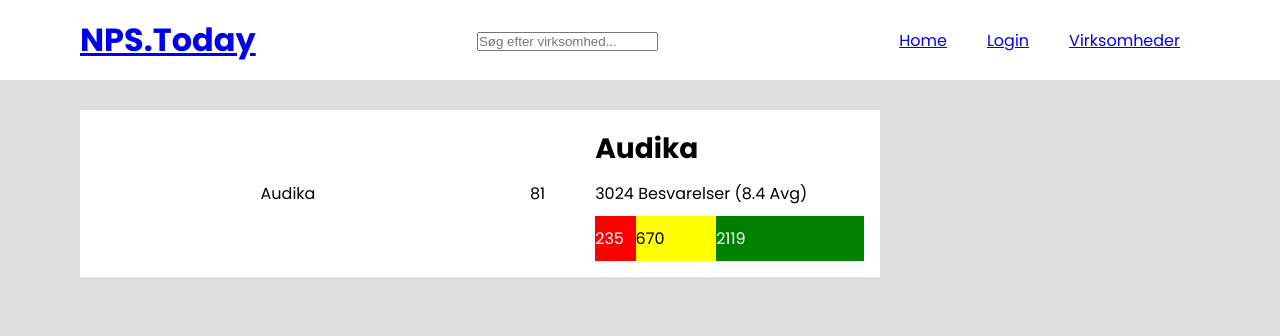
Repository: Shaydx/reviews
Page: /
These files come from the project's save history. The page is drawn as it stood at one moment and after a run of saves; the edit follows.
The browser window is 1280 px wide. The pictures show the whole page.
The project was rebuilt for these pictures with package versions that can differ from the ones it lists, and the page was loaded fresh each time.

Above is the page before, as saved 2020-10-13 16:46:14.

### public/index.html
<!DOCTYPE html>
<html lang="en">

<head>
  <meta charset="utf-8" />
  <link rel="icon" href="%PUBLIC_URL%/favicon.ico" />
  <meta name="viewport" content="width=device-width, initial-scale=1" />
  <meta name="theme-color" content="#000000" />
  <meta name="description" content="Web site created using create-react-app" />
  <link rel="apple-touch-icon" href="%PUBLIC_URL%/logo192.png" />
  <!--
      manifest.json provides metadata used when your web app is installed on a
      user's mobile device or desktop. See https://developers.google.com/web/fundamentals/web-app-manifest/
    -->
  <link rel="manifest" href="%PUBLIC_URL%/manifest.json" />
  <!--
      Notice the use of %PUBLIC_URL% in the tags above.
      It will be replaced with the URL of the `public` folder during the build.
      Only files inside the `public` folder can be referenced from the HTML.

      Unlike "/favicon.ico" or "favicon.ico", "%PUBLIC_URL%/favicon.ico" will
      work correctly both with client-side routing and a non-root public URL.
      Learn how to configure a non-root public URL by running `npm run build`.
    -->
  <title>NPS.Today - Reviews</title>
</head>

<body>
  <noscript>You need to enable JavaScript to run this app.</noscript>
  <div id="root"></div>
  <!--
      This HTML file is a template.
      If you open it directly in the browser, you will see an empty page.

      You can add webfonts, meta tags, or analytics to this file.
      The build step will place the bundled scripts into the <body> tag.

      To begin the development, run `npm start` or `yarn start`.
      To create a production bundle, use `npm run build` or `yarn build`.
    -->
</body>

</html>

### src/index.css
@import url("https://fonts.googleapis.com/css2?family=Poppins:wght@300;400;700&display=swap");

* {
  margin: 0;
  padding: 0;
  box-sizing: border-box;
}

body {
  max-width: 1440px;
  margin: 0 auto;
  font-family: "Poppins", sans-serif;
}

### src/App.js
import React from "react";
import { BrowserRouter as Router } from "react-router-dom";

// Styling
import "./assets/app.scss";

// Components
import Header from "./components/Header/Header";

// Routing
import Content from "./components/Routing/Routing";

function App() {
  return (
    <Router>
      <Header />
      <main>
        <Content />
      </main>
    </Router>
  );
}

export default App;

### src/assets/app.scss
// Abstracts
@import "./abstracts/variables";
@import "./abstracts/functions";

// Global
@import "./base/global";

// Partials
@import "./partials/header";

// Components
@import "./components/navbar";
@import "./components/analytics";

### src/components/Header/Header.js
import React from "react";

// Components
import Logo from "./Logo/Logo";
import Search from "./Search/Search";
import NavBar from "./Navbar/Navbar";

// Pages

const Header = () => {
  return (
    <div className="header-container">
      <Logo />
      <Search />
      <NavBar />
    </div>
  );
};

export default Header;

### src/components/Routing/Routing.js
import React from "react";
import { Switch, Route } from "react-router-dom";

// Pages
import Home from "../../pages/Home";

const Routing = () => {
  return (
    <Switch>
      <Route exact path={["/", "/home"]} component={Home} />
    </Switch>
  );
};

export default Routing;

### src/assets/abstracts/_variables.scss
// Colors
$red: #d62725;
$yellow: #fdc619;
$green: #00a46e;
$black: #3c3c3c;
$white: #ffffff;

$primary: $red;
$secondary: $green;

$margin: 30px 80px;
$margin-first-of-type: 50px 80px;

### src/assets/abstracts/_functions.scss
html {
  background: #dedede;
}

### src/assets/base/_global.scss
main {
  margin: $margin;
}

.container {
  width: 800px;
  padding: 1rem;
  background: $white;
}

### src/assets/partials/_header.scss
.header-container {
  display: flex;
  justify-content: space-between;
  align-items: center;

  background: $white;
  padding: 1rem 80px;
}

### src/assets/components/_navbar.scss
nav {
  display: flex !important;
  background: #fff;

  ul {
    list-style: none;
    display: flex;
    flex-wrap: wrap;
    justify-content: space-between;
    justify-self: flex-end;
    align-items: center;

    li {
      list-style: none;
      padding: 10px 20px;
    }
  }
}

### src/assets/components/_analytics.scss
#analytics {
  display: grid;
  grid-template-columns: 1fr 1fr;
  grid-template-areas: "Logo Analytics";

  .logo {
    grid-area: Logo;
    align-self: center;
    justify-self: center;
  }

  .analytics {
    display: grid;
    grid-template-columns: 30% 70%;
    grid-template-rows: 1fr 1fr 1fr;
    gap: 0px 0px;
    grid-template-areas:
      "Gauge Name"
      "Gauge total-respondents"
      "Gauge spread";
    grid-area: Analytics;

    .gauge {
      grid-area: Gauge;
      align-self: center;
      justify-self: center;
    }

    .name {
      grid-area: Name;
      align-self: center;
      font-size: 28px;
      font-weight: 700;
    }

    .total-respondents {
      grid-area: total-respondents;
      align-self: center;
    }

    .spread {
      display: grid;
      grid-template-columns: 15% 30% 55%;
      grid-template-rows: 1fr;
      grid-template-areas: "detractors passive promoters";
      grid-area: spread;

      .detractors {
        grid-area: detractors;
        background: red;
        color: white;
        padding: 10px 0;
      }
      .passive {
        grid-area: passive;
        background: yellow;
        padding: 10px 0;
      }
      .promoters {
        grid-area: promoters;
        background: green;
        color: white;
        padding: 10px 0;
      }
    }
  }
}

### src/components/Header/Logo/Logo.js
import React from "react";
import { Link } from "react-router-dom";

function Logo() {
  return (
    <div className="logo">
      <Link to="/">
        <h1>NPS.Today</h1>
      </Link>
    </div>
  );
}

export default Logo;

### src/components/Header/Search/Search.js
import React from "react";

const Search = () => {
  return (
    <div className="search">
      <input
        type="search"
        name="search"
        id="search"
        placeholder="Søg efter virksomhed..."
      />
    </div>
  );
};

export default Search;

### src/components/Header/Navbar/Navbar.js
import React from "react";
import { NavLink } from "react-router-dom";

function Navbar() {
  return (
    <nav className="navigation">
      <ul className="menu">
        <li className="menu-item">
          <NavLink to="/" activeClassName="current-menu-item">
            Home
          </NavLink>
        </li>
        <li className="menu-item">
          <NavLink to="/login" activeClassName="current-menu-item">
            Login
          </NavLink>
        </li>
        <li className="menu-item">
          <NavLink to="/virksomheder" activeClassName="current-menu-item">
            Virksomheder
          </NavLink>
        </li>
      </ul>
    </nav>
  );
}

export default Navbar;

### src/pages/Home.js
import React from "react";

// Components
import Analytics from "../components/Analytics/Analytics";

const Home = () => {
  return <Analytics />;
};

export default Home;

### src/components/Analytics/Analytics.js
import React from "react";

const Analytics = () => {
  return (
    <div id="analytics" className="container">
      <div className="logo">Audika</div>
      <div className="analytics">
        <div className="gauge">
          <span>81</span>
        </div>
        <div className="name">Audika</div>
        <div className="total-respondents">
          3024 Besvarelser
          <span className="avg"> (8.4 Avg)</span>
        </div>
        <div className="spread">
          <div className="detractors">235</div>
          <div className="passive">670</div>
          <div className="promoters">2119</div>
        </div>
      </div>
    </div>
  );
};

export default Analytics;

Loaded but not shown: src/index.js (common file); src/serviceWorker.js (common file)

After the next 2 saves:
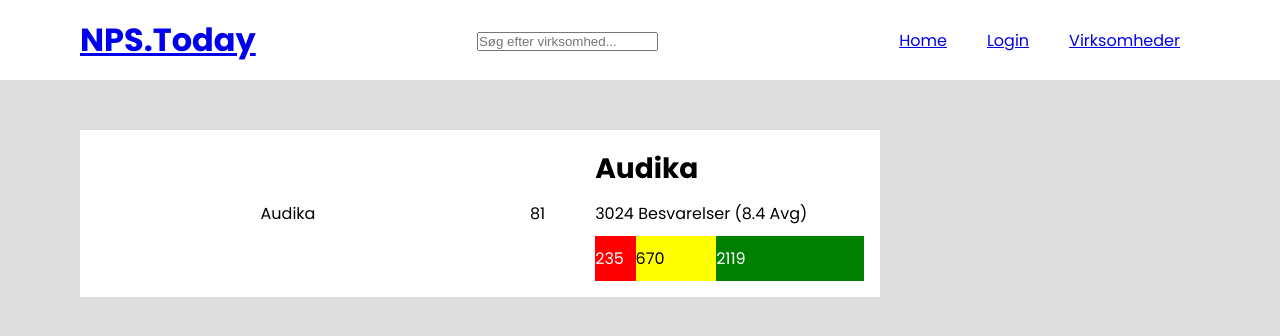
The 2 saves are shown as one change because 1 did not build or start.
The last was saved 16 s later.
--- a/src/assets/abstracts/_variables.scss
+++ b/src/assets/abstracts/_variables.scss
@@ -9,4 +9,4 @@
 $secondary: $green;
 
 $margin: 30px 80px;
-$margin-first-of-type: 50px 80px;
+$first-of-type: 50px 80px;
--- a/src/assets/base/_global.scss
+++ b/src/assets/base/_global.scss
@@ -1,5 +1,9 @@
 main {
   margin: $margin;
+
+  &:first-of-type {
+    margin: $first-of-type;
+  }
 }
 
 .container {
